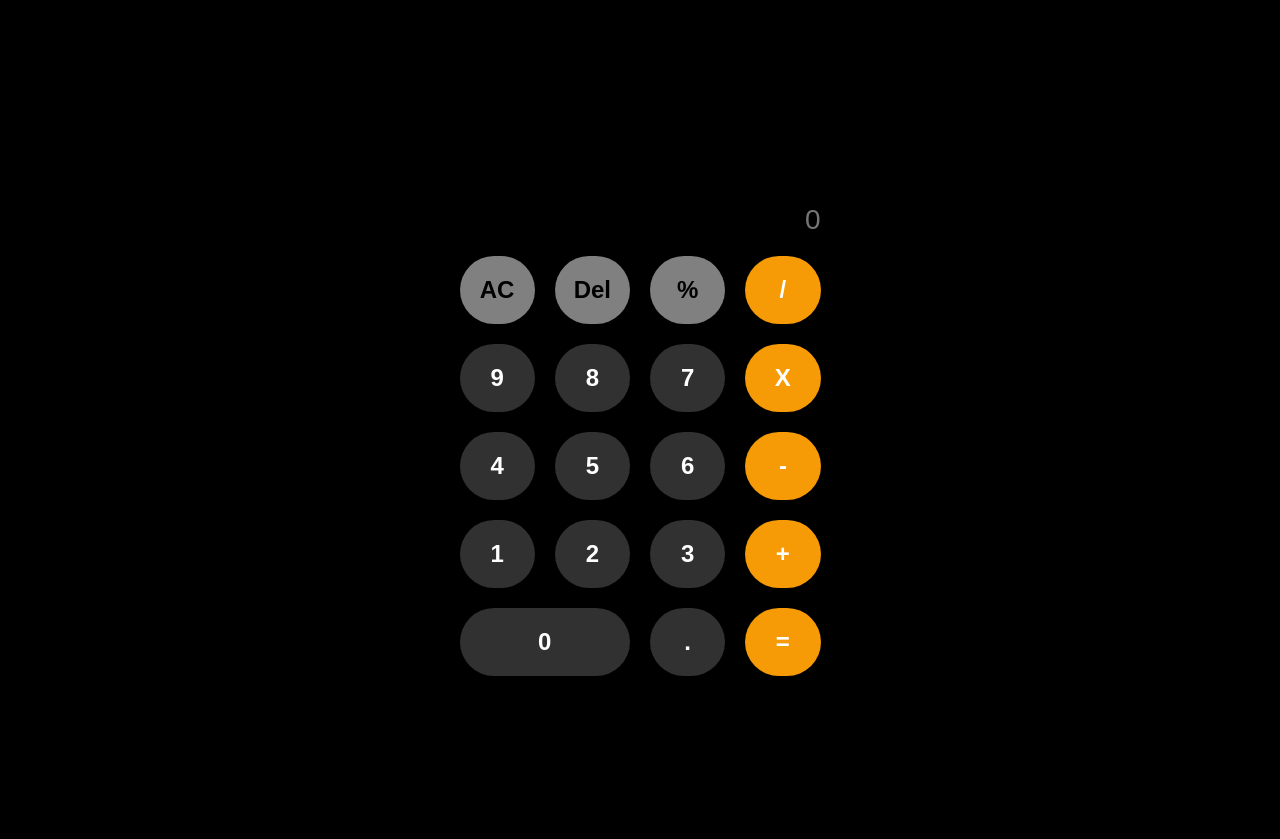
Repository: ble-syn/reactCalculator
Page: /
The author's editor kept a copy of each file at every save. The page is drawn from the files as they stood at one save, then again after the next save.
The browser window is 1280 px wide. The pictures show the whole page.
The pointer rests on the first visible `button`.
The project was rebuilt for these pictures with package versions that can differ from the ones it lists, and the page was loaded fresh each time.

Above is the page before, as saved 2022-10-06 21:06:42.

After the next save:
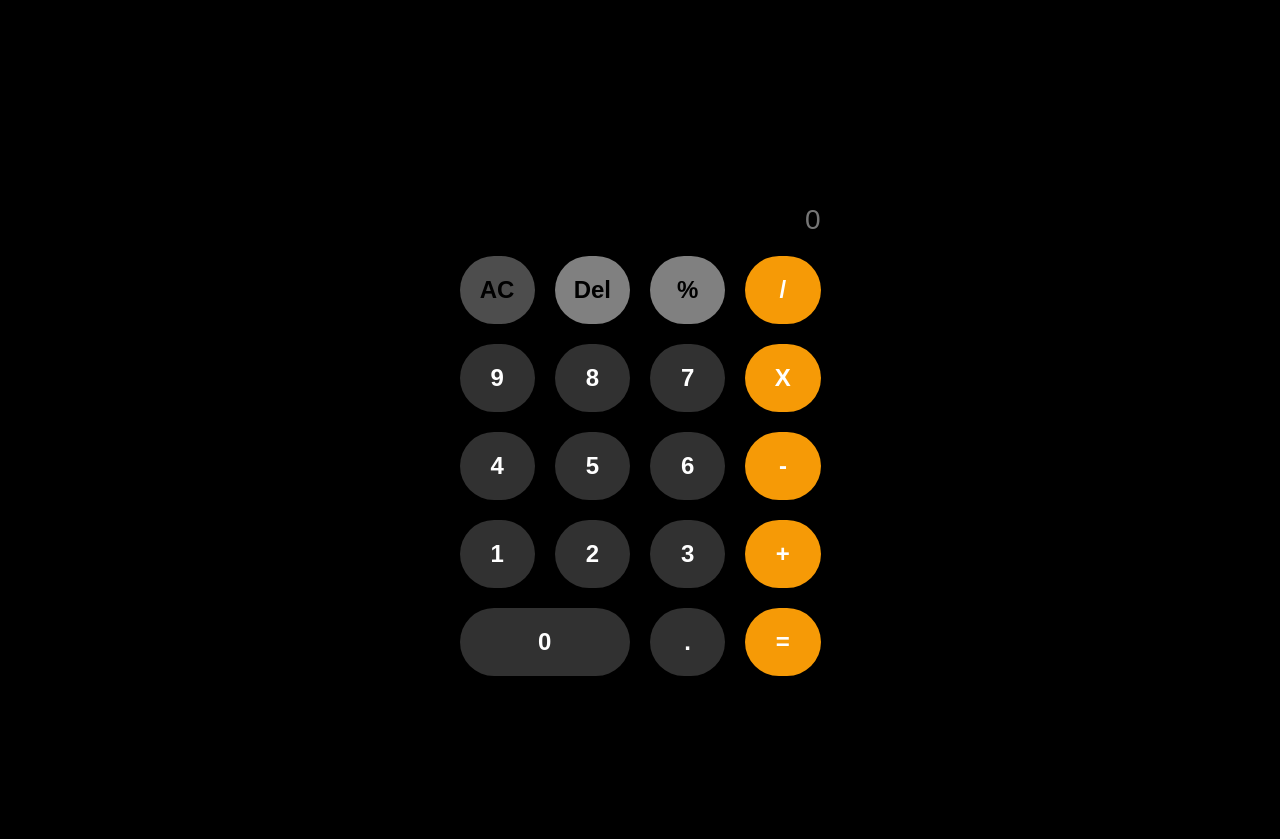
Saved 14 min 22 s later.
--- a/src/index.css
+++ b/src/index.css
@@ -45,6 +45,9 @@ button {
   font-size: 24px;
   cursor: pointer;
 }
+button:hover {
+  background-color: #4d4d4d;
+}
 .zero {
   grid-column: 1/3;
 }
